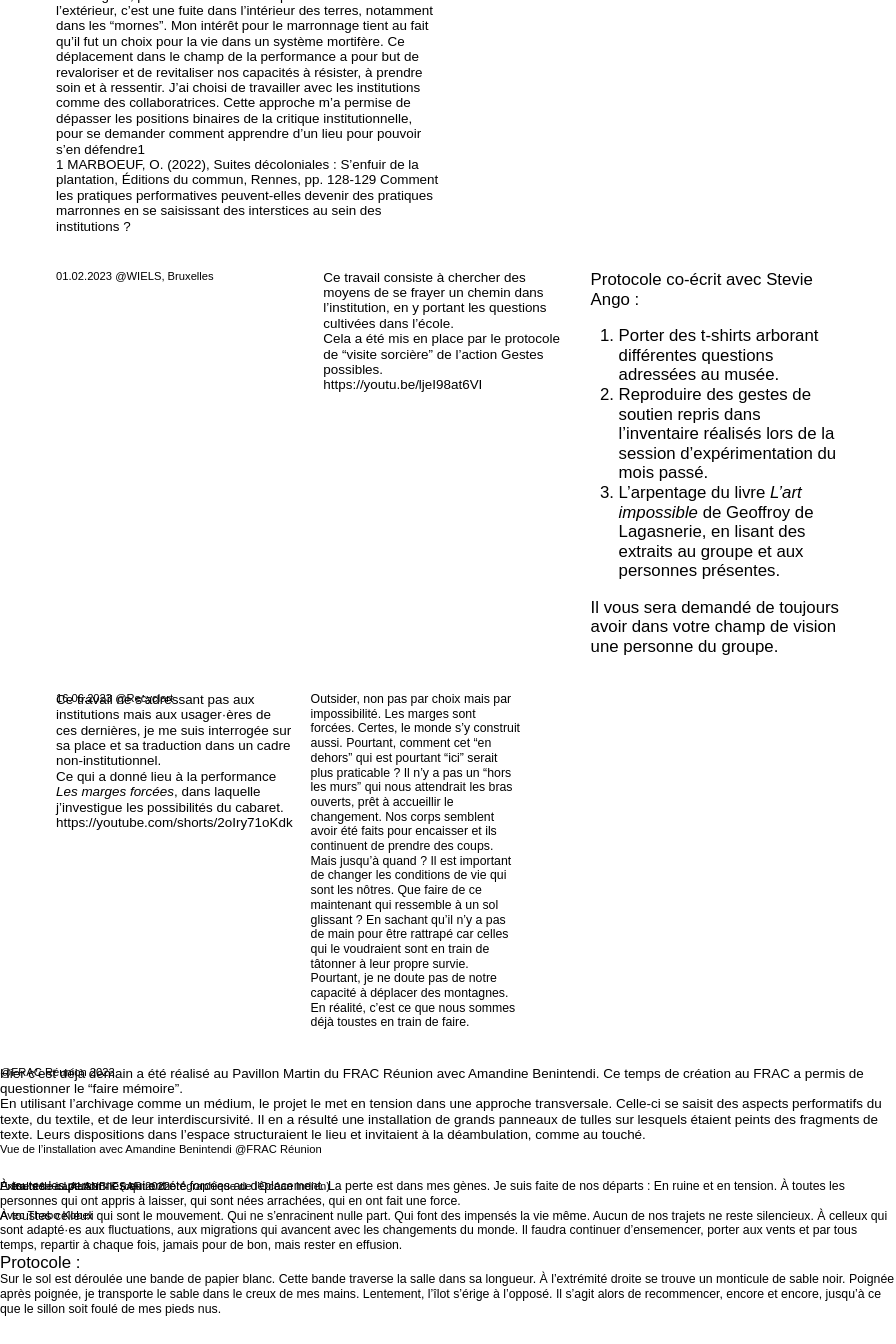
Repository: brunrhb/oce-p
Page: index.html
The author's editor kept a copy of each file at every save. The page is drawn from the files as they stood at one save, then again after the next save.
The browser window is 1280 px wide. The pictures show the part of the page from y = 2796 to 4716 px (the page is 4879 px tall before and 4813 px after), at 70% of full size.

Above is the page before, as saved 2025-06-14 18:35:14.

### index.html
<!DOCTYPE html>
<html lang="fr">
<head>
  <meta charset="UTF-8">
  <meta name="viewport" content="width=device-width, initial-scale=1.0">
  <title>Grid 3 colonnes avec placeholders</title>
  <link rel="stylesheet" href="styles.css">
  <script defer src="content.js"></script>
</head>
<body>

<div class="allproject">

<section PROJET 1 LIASONS VEGETALES>

  <div class="p1">
    <div class="grid-p1s1" id="partie1">

<div class="col-p1s1-1">
  <div class="media-block-p1s1">
    <div class="placeholder-p1s1"></div>
    <p class="credit" data-content="p1s1-credit1"></p>
  </div>

  <div class="media-block-p1s1">
    <div class="placeholder-p1s1"></div>
    <p class="credit" data-content="p1s1-credit2"></p>
  </div>
</div>

    <div class="col-p1s1-2">
      <div class="media-block-p1s1">
        <div class="placeholder-p1s1"></div>
        <p class="credit" data-content="p1s1-credit3"></p>
      </div>
      <div class="media-block-p1s1">
        <div class="placeholder-p1s1"></div>
        <p class="credit" data-content="p1s1-credit4"></p>
      </div>
    </div>

    <div class="col-p1s1-3">
      <div class="media-block-p1s1">
        <div class="placeholder-p1s1"></div>
        <p class="credit" data-content="p1s1-credit5"></p>
      </div>
     <div class="text-block-p1s1">
       <p class="protocole-titre" data-content="p1s1-protocole-titre"></p>
       <p class="protocole-corps" data-content="p1s1-protocole-corps"></p>
    </div>

  </div>

    </div>
    <div class="grid-p1s2" id="partie2">

  <div class="col-p1s2-1">
    <div class="media-block-p1s2-1">
    <div class="placeholder-p1s1"></div>
      <div class="media-block-p1s2-2">
      <div class="placeholder-p1s1"></div>
      <p class="credit" data-content="p1s2-credit"></p>
    </div>
    </div>
  </div>

  <div class="col-p1s2-2">
      <div class="text-block-p1s2">
        <p class="extrait" data-content="p1s2-extrait1"></p>
      </div>
  </div>

  <div class="col-p1s2-3">
      <div class="text-block-p1s2">
        <p class="extrait" data-content="p1s2-extrait2"></p>
      </div>

  </div>



    </div>
  </div>

</section>

<section PROJET 2 PAENSER>

  <div class="p2">
    <div class="grid-p2">

       <div class="col-p2-1">
        <div class="media-block-p2">
          <div class="placeholder-p2"></div>
          <div class="credit-p2" data-content="p2-credit"></div>
        </div>
        <div class="text-block-p2">
          <div class="protocole-titre-p2" data-content="p2-protocole-titre"> </div>
          <div class="protocole-corps-p2" data-content="p2-protocole-corps"> </div>
          <div class="lien-p2">
            <a href="https://vimeo.com/851968568?share=copy">Lien vidéo</a>
          </div>
        </div>
       </div>

       <div class="col-p2-2">
          <div class="extrait" data-content="p2-extrait"></div>
       </div>



    </div>
  </div>

</section>

<section RPOJET 3 DES NORMES AUX MORNES : MARRONNER EN SOI>

  <div class="p3">
    <div class="grid-p3">
      <div class="col-p3-1">
        <div class="text-block-p3-1">
          <div class="intro" data-content="p3-intro"></div>
          <div class="autre-corps" data-content="p3-autre-corps-1"> </div>
          <div class="biblio" data-content="p3-biblio"> </div>
        </div>
      </div>

      <div class="col-p3-2">
        <div class="text-block-p3-2">
          <div class="autre-corps" data-content="p3-autre-corps-1"> </div>
          <div class="media-block-p3">
            <div class="placeholder-p3"></div>
            <div class="placeholder-p3"></div>
          </div>

        </div>
      </div>

    </div>
  </div>
</section>

<section PROJET 4 GESTES POSSIBLEs>

<div class="p4">

<div class="grid-p4">

  <div class="col-p4-1">
    <div class="media-block-p4-1">
      <div class="credit" data-content="p4-credit"></div>
      <div class="placeholder-p4-1"></div>
    </div>
  </div>


  <div class="col-p4-2">
    <div class="placeholder-p4-2"></div>
    <div class="text-block-p4-1">
      <div class="intro" data-content="p4-intro"></div>
      <div class="autre-corps" data-content="p4-autre-corps-1"></div>
      <div class="lien" data-content="p4-lien"></div>
    </div>

  </div>


  <div class="col-p4-3">
    <div class="text-block-p4-2">
      <div class="protocole-titre" data-content="p4-protocole-titre"></div>
    </div>
  </div>

</div>
</div>

</section>

</section>

<section PROJET 5 LES MARGES FORCÉES>

  <div class="p5">
    <div class="grid-p5">

      <div class="col-p5-1">
        <div class="media-block-p5">
          <div class="placeholder-p5"></div>
          <div class="credit" data-content="p5-credit"></div>
        </div>
        <div class="text-block-p5-1">
        <div class="intro" data-content="p5-intro"></div>
        <div class="autre-corps" data-content="p5-autre-corps-1"></div>
        <div class="lien" data-content="p5-lien"></div>
        </div>
      </div>

      <div class="col-p5-2">
        <div class="extrait" data-content="p5-extrait"></div>
      </div>

    </div>
  </div>

</section>

<section PROJET 6 HIER C'EST DÉJÀ DEMAIN>

<div class="p6">
<div class="grid-p6">

  <div class="col-p6-1">
    <div class="media-block-p6-1">
      <div class="placeholder-p6-1"></div>
      <div class="credit" data-content="p6-credit-1"></div>
    </div>

    <div class="col-p6-2">
      <div class="autre-corps" data-content="p6-autre-corps-1"></div>
      <div class="text-block-p6-1">
        <div class="autre-corps" data-content="p6-autre-corps-2"></div>
        <div class="media-block-p6-2">
          <div class="placeholder-p6-2"></div>
          <div class="credit" data-content="p6-credit-2"></div>
        </div>
      </div>

    </div>

  </div>

</div>

</div>

</section>

<section PROJET 7 NOUS SOMMES LE PAYSAGE >

<div class="p7">

  <div class="grid-p7s1" id="partie1">

    <div class="col-p7s1">
      <div class="media-block-p7s1">
        <div class="placeholder-p7s1"></div>
        <div class="placeholder-p7s1"></div>
        <div class="placeholder-p7s1"></div>
        <div class="credit" data-content="p7s1-credit"></div>
      </div>

          <div class="col-p7s1">
        <div class="placeholder-p7s1"></div>
        <div class="placeholder-p7s1"></div>
        <div class="placeholder-p7s1"></div>
    </div>

              <div class="col-p7s1">
        <div class="placeholder-p7s1"></div>
        <div class="placeholder-p7s1"></div>
        <div class="placeholder-p7s1"></div>
    </div>

    <div class="grid-p7s2" id="partie2">

      <div class="row-p7s2-1">
        <div class="placeholder-p7s2"></div>
        <div class="placeholder-p7s2"></div>
        <div class="placeholder-p7s2"></div>
        <div class="media-block-p7s2">
          <div class="placeholder-p7s2"></div>
          <div class="credit" data-content="p7s2-credit-1"></div>
        </div>

      <div class="row-p7s2-2">
        <div class="text-block-p7s2-1">
          <div class="extrait" data-content="p7s2-extrait1"></div>
          <div class="credit" data-content="p7s2-credit-2"></div>
        </div>
        <div class="text-block-p7s2-2">
          <div class="extrait" data-content="p7s2-extrait2"></div>
        </div>
        <div class="text-block-p7s2-3">
          <div class="trait"></div>
          <div class="protocole-titre" data-content="p7s2-protocole-titre"></div>
          <div class="protocole-corps" data-content="p7s2-protocole-corps"></div>
        </div>
      </div>


      </div>
    </div>

  </div>

</div>

</section>

<section PROJET 8 NYAZE>

<div class="p8">

<div class="grid-p8">

  <div class="col-p8-1">
    <div class="text-block-p8">
      <div class="extrait" data-content="p8-extrait"></div>
      <div class="trait"></div>
      <div class="protocole-titre" data-content="p8-protocole-titre"></div>
      <div class="protocole-corps" data-content="p8-protocole-corps"></div>
    </div>
  </div>

  <div class="col-p8-2">
    <div class="media-block-p8">
      <div class="placeholder-p8"></div>
      <div class="credit" data-content="p8-credit"></div>
    </div>
  </div>

</div>

</div>

</section>

 </div>

</body>
</html>

### content.js
const content = {};

// #region PROJET1

// #region p1s1
content["p1s1-credit1"] = "2024 ©La Nature Festival Liège";
content["p1s1-credit2"] = "2024 ©La Nature Festival Liège";
content["p1s1-credit3"] = "2022 ©ESA Réunion";
content["p1s1-credit4"] = "2022 ©ESA Réunion";
content["p1s1-credit5"] = "2022 workshop @Salazie";

content["p1s1-protocole-titre"] = "Protocole :";
content["p1s1-protocole-corps"] = `
  En pleine nature, dans un jardin,<br>
  ou n’importe où avec de la nature mobile.<br>
  Face aux regardeur.euses,<br>
  établir une connexion visuelle<br>
  avec chaque personne.<br>
  Tourner le dos, s’agenouiller et crier...<br>
  Crier tout ce que je peux,<br>
  tout ce qui est coincé, tout ce qui doit sortir.<br>
  Aller à la rencontre du végétal, l’enlacer,<br>
  prendre ma place contre la sienne<br>
  et lui raconter mes mots tendres.
`;
// #endregion

// #region p1s2
content["p1s2-credit"] = "2022 @ESA Réunion";

content["p1s2-extrait1"] = `
  "Nos corps sont des révolutions<br>
Nos corps sont des révolutions,<br>
Ma sœur<br><br>

T’effleurer<br>
me rappelle les guerres qui nous traversent<br>
et les narrations qui nous diluent.<br>
Encore et encore, il faudra crier<br>
du silence dans lequel on voudrait nous maintenir.<br><br>

Être contre toi me rappelle que les écosystèmes<br>
ne sont pas seulement des lieux que nous habitons<br>
mais des milieux que nous abritons.<br>
Je me souviens de nos différentes alliances<br>
et je pressens celles que nous devons retisser.<br><br>

Car ce sont ces alliances<br>
qui nous ont permise de survivre,<br>
d’être là, dignes et en vie :<br>
la connaissance de notre puissance<br>
et de notre capacité à résister par<br>
les réseaux discrets mais pérennes<br>
que nous avons su fabriquer.<br><br>

Nos corps sont des révolutions<br>
Nos corps sont des révolutions,<br>
Ma sœur<br><br>

Chaque jour, les structures rigides de mon quotidien<br>
me rappellent ce système absurde dans lequel je vis.
 `;
content["p1s2-extrait2"] = `
Tout comme, chaque jour,<br>
mon existence et celle du vivant<br>
rappellent à ce système<br>
qu’il peut toujours en être autrement.<br>
Chaque jour,<br>
nous lui rappelons que peu importe la haine<br>
et l’acharnement qu’il déploie,<br>
il en va déjà autrement.<br><br>

Chaque jour, parce que je suis là<br>
et que tu es là, en vie,<br>
nous lui rappelons qu’à l’intérieur du “nous”,<br>
des multitudes de mondes possibles<br>
sont déjà en train d’exister.<br><br>

Chaque jour, mon existence<br>
et celle du vivant rappellent à ce système<br>
que son monde est un paradigme fictionnel.<br>
Chaque jour, nous lui faisons sentir à notre tour<br>
que le propre d’un paradigme c’est de changer :<br>
d’être remplacé, déplacé ou ré-inventé.<br><br>

Chaque jour, le “nous” que nous faisons apparaître,<br>
conteste cet ordre du monde.<br><br>

Te nommant sœur,<br>
Je questionne mon statut d’aimante<br>
En rêvant d’une sororité étendue<br><br>

Pour devenir la moitié, ta compagne<br><br>

Serrer & semer Ensemencer nos devenirs<br><br>

Je sais qu’il faudra du temps, [...]";
 `;
// #endregion

// #endregion



// #region PROJET2
content["p2-credit"] = "25.04.2024 @La Balsamine";
content["p2-protocole-titre"] = "Protocole :";
content["p2-protocole-corps"] = `Le texte est peint sur du tulle. Il est structuré sur la répétition, revenant à chaque fois sur lui-même. À l’intérieur de cette spirale, se glisse par instant une ouverture, une respiration. Le texte tourne sur lui-même jusqu’à ce que je le déchire. J’utilise ensuite ces morceaux de tissus pour réaliser un pansement avec de l’argile que je viens appliquer sur ma poitrine.`;
content["p2-lien"] = "https://vimeo.com/951968568?share=copy";
content["p2-extrait"] = `Extrait du texte : <br> <br> Tu la sens cette palpitation dans tes profondeurs ? la peur. J’ai peur que mes mots se mettent à sonner creux à force d’être répétés. Qu’ils deviennent un lent refrain, lassant, et lancinant. Je sais bien qu’ils doivent l’être ; dits et redits, encore et encore.<br><br>J’ai peur de me mettre à sonner creux, de ne plus trouver de résonances, ni au dehors, ni dans mon corps à force de dire l’injustice et d’expliquer la colère.<br><br>Car à chaque fois, je sens le dedans de ma peau s’éroder. Je sens les marées qu’elles provoquent se fracasser contre mes propres falaises. Elles s’effritent à chaque fois un peu plus, et les abris avec elles.<br><br>À chaque fois que je dis : Ma colère est politique parce qu’elle est personnelle au pluriel. À chaque fois que je dis : Ma colère a le goût du fer et l’odeur du sang de celles et ceux à qui l’on continue de refuser l’accès à l’humanité. À chaque fois que je dis : Ma colère s’enracine dans les océans qui sont aussi des cimetières.<br><br>À chaque fois, je sens le dedans de ma peau s’éroder. Je sens les marées qu’elles provoquent se fracasser contre mes propres falaises. Elles s’effritent à chaque fois un peu plus, et les abris avec elles.<br><br>Aujourd’hui, je veux te dire que ma colère est une lame dont les deux extrémités sont aiguisées. L’utiliser me blesse aussi. L’utiliser réveille la peur. La peur de me mettre à sonner creux à force de dire l’injustice et d’expliquer la colère.<br><br>Car à chaque fois, c’est un temps pour respirer que je m’enlève. À chaque fois, c’est une énième suffocation, et rares sont les moments où j’arrive à respirer, où les conditions du dehors me laissent le faire.<br><br>Un monde plus respirable, c’est ce que je veux. Mais pour ça, il faut dire l’injustice et expliquer la colère. Mais, à chaque fois que je répète : [...]`;
// #endregion

// #region PROJET3
content["p3-intro"] = `
Comment les pratiques performatives peuvent-elles devenir des pratiques marronnes en se saisissant des interstices au sein des institutions ?
`;
content["p3-autre-corps-1"] =`
Pendant mes deux années de master, j’ai réfléchi à ma place dans les institutions liées à l’art, plus particulièrement à l’endroit de leurs normes. Je me suis demandé quelle est la place du soutien à l’intérieur d’elle et quels subterfuges imaginer pour le pratiquer. C’est ce qui m’a amené à m’intéresser au marronnage comme phénomène social et comme pratique d’empowerment. Historiquement, le marronnage apparaît à l’époque coloniale en devenant une manière de s’opposer et de résister au régime esclavagiste, par la fuite. À défaut de pouvoir fuir vers l’extérieur, c’est une fuite dans l’intérieur des terres, notamment dans les “mornes”. Mon intérêt pour le marronnage tient au fait qu’il fut un choix pour la vie dans un système mortifère. Ce déplacement dans le champ de la performance a pour but de revaloriser et de revitaliser nos capacités à résister, à prendre soin et à ressentir. J’ai choisi de travailler avec les institutions comme des collaboratrices. Cette approche m’a permise de dépasser les positions binaires de la critique institutionnelle, pour se demander comment apprendre d’un lieu pour pouvoir s’en défendre1
`;

content["p3-biblio"] =`
1 MARBOEUF, O. (2022), Suites décoloniales : S’enfuir de la plantation, Éditions du commun, Rennes, pp. 128-129
Comment les pratiques performatives peuvent-elles devenir des pratiques marronnes en se saisissant des interstices au sein des institutions ?
`;

// #endregion

// #region PROJET4
content["p4-credit"] = "01.02.2023 @WIELS, Bruxelles";
content["p4-intro"] = `Ce travail consiste à chercher des moyens de se frayer un chemin dans l’institution, en y portant les questions cultivées dans l’école.`;
content["p4-autre-corps-1"] = `Cela a été mis en place par le protocole de “visite sorcière” de l’action Gestes possibles.`;
content["p4-lien"] = `https://youtu.be/ljeI98at6VI`;
content["p4-protocole-titre"] = `Protocole co-écrit avec Stevie Ango :
<ol>
<li>Porter des t-shirts arborant différentes questions adressées au musée.</li>
<li>Reproduire des gestes de soutien repris dans l’inventaire réalisés lors de la session d’expérimentation du mois passé.</li>
<li>L’arpentage du livre <i>L’art impossible</i> de Geoffroy de Lagasnerie, en lisant des extraits au groupe et aux personnes présentes.</li>
</ol>
Il vous sera demandé de toujours avoir dans votre champ de vision une personne du groupe.`;
// #endregion

// #region PROJET5
content["p5-credit"] = "16.06.2023 @Recyclart";
content["p5-intro"] = `Ce travail ne s’adressant pas aux institutions mais aux usager·ères de ces dernières, je me suis interrogée sur sa place et sa traduction dans un cadre non-institutionnel.`;
content["p5-autre-corps-1"] = `Ce qui a donné lieu à la performance <i>Les marges forcées</i>, dans laquelle j’investigue les possibilités du cabaret.`;
content["p5-lien"] = `https://youtube.com/shorts/2oIry71oKdk`;
content["p5-extrait"] = `Outsider, non pas par choix mais par impossibilité. Les marges sont forcées. Certes, le monde s’y construit aussi. Pourtant, comment cet “en dehors” qui est pourtant “ici” serait plus praticable ? Il n’y a pas un “hors les murs” qui nous attendrait les bras ouverts, prêt à accueillir le changement. Nos corps semblent avoir été faits pour encaisser et ils continuent de prendre des coups. Mais jusqu’à quand ? Il est important de changer les conditions de vie qui sont les nôtres. Que faire de ce maintenant qui ressemble à un sol glissant ? En sachant qu’il n’y a pas de main pour être rattrapé car celles qui le voudraient sont en train de tâtonner à leur propre survie. Pourtant, je ne doute pas de notre capacité à déplacer des montagnes. En réalité, c’est ce que nous sommes déjà toustes en train de faire.`;
// #endregion

// #region PROJET6
content["p6-credit-1"] = "@FRAC Réunion 2022";
content["p6-autre-corps-1"] = `Hier c’est déjà demain a été réalisé au Pavillon Martin du FRAC Réunion avec Amandine Benintendi. Ce temps de création au FRAC a permis de questionner le “faire mémoire”.`;
content["p6-autre-corps-2"] = `En utilisant l’archivage comme un médium, le projet le met en tension dans une approche transversale. Celle-ci se saisit des aspects performatifs du texte, du textile, et de leur interdiscursivité. Il en a résulté une installation de grands panneaux de tulles sur lesquels étaient peints des fragments de texte. Leurs dispositions dans l’espace structuraient le lieu et invitaient à la déambulation, comme au touché.`;
content["p6-credit-2"] = `Vue de l’installation avec Amandine Benintendi @FRAC Réunion`;
// #endregion

// #region PROJET7
content["p7s1-credit"] = `Extraits de captation - ESAR 2022`;
content["p7s2-credit-1"] = `Présentée à LALANBIK (centre chorégraphique de l’Océan Indien)`;
content["p7s2-credit-2"] = `Avec Thabo Kobeli`;
content["p7s2-extrait1"] = `À toutes les personnes qui ont été forcées au déplacement. La perte est dans mes gènes. Je suis faite de nos départs : En ruine et en tension. À toutes les personnes qui ont appris à laisser, qui sont nées arrachées, qui en ont fait une force.`;
content["p7s2-extrait2"] = `À toustes celleux qui sont le mouvement. Qui ne s’enracinent nulle part. Qui font des impensés la vie même. Aucun de nos trajets ne reste silencieux. À celleux qui sont adapté·es aux fluctuations, aux migrations qui avancent avec les changements du monde. Il faudra continuer d’ensemencer, porter aux vents et par tous temps, repartir à chaque fois, jamais pour de bon, mais rester en effusion.`;
content["p7s2-protocole-titre"] = `Protocole :`;
content["p7s2-protocole-corps"] = `Sur le sol est déroulée une bande de papier blanc. Cette bande traverse la salle dans sa longueur. À l’extrémité droite se trouve un monticule de sable noir. Poignée après poignée, je transporte le sable dans le creux de mes mains. Lentement, l’îlot s’érige à l’opposé. Il s’agit alors de recommencer, encore et encore, jusqu’à ce que le sillon soit foulé de mes pieds nus.`;
// #endregion

// #region PROJET8
content["p8-extrait"] = `Seulement, ma romance sous l’Équateur a lieu au Gol. On aura beau chercher, ça a l’air de tout sauf d’une carte postale, tout y est vrai. Les chiens errants traînent la patte sous la chaleur. En fond, les cris d’enfants. Il y a des gens qui vivent et qui attendent, des chaises en plastique et des objets abandonnés. Le temps s’étire et tire en longueur. La vie s’allonge, les gestes sont lents. Et toujours la même rengaine : le jour puis la nuit, la nuit puis le jour. Pourtant on est toujours surpris. Coincé entre terre et mer, entre aujourd’hui et demain. Un jour quelque chose a changé. Je ne cherchais plus le soleil, j’attendais les nuages.`;
content["p8-protocole-titre"] = `Procédure :`;
content["p8-protocole-corps"] = `Déclamer le texte en triant du riz, face aux spectateur·ices. Réappropriation d’un geste vu de nombreuses fois chez les femmes de ma famille.`;
content["p8-credit"] = `Nyaze & Agency © David Garcia`;
// #endregion



// #region injection
window.addEventListener("DOMContentLoaded", () => {
  Object.entries(content).forEach(([key, value]) => {
    const el = document.querySelector(`[data-content="${key}"]`);
    if (el) el.innerHTML = value;
  });
});
// #endregion

Loaded but not shown: styles.css (476 lines, source omitted)

After the next save:
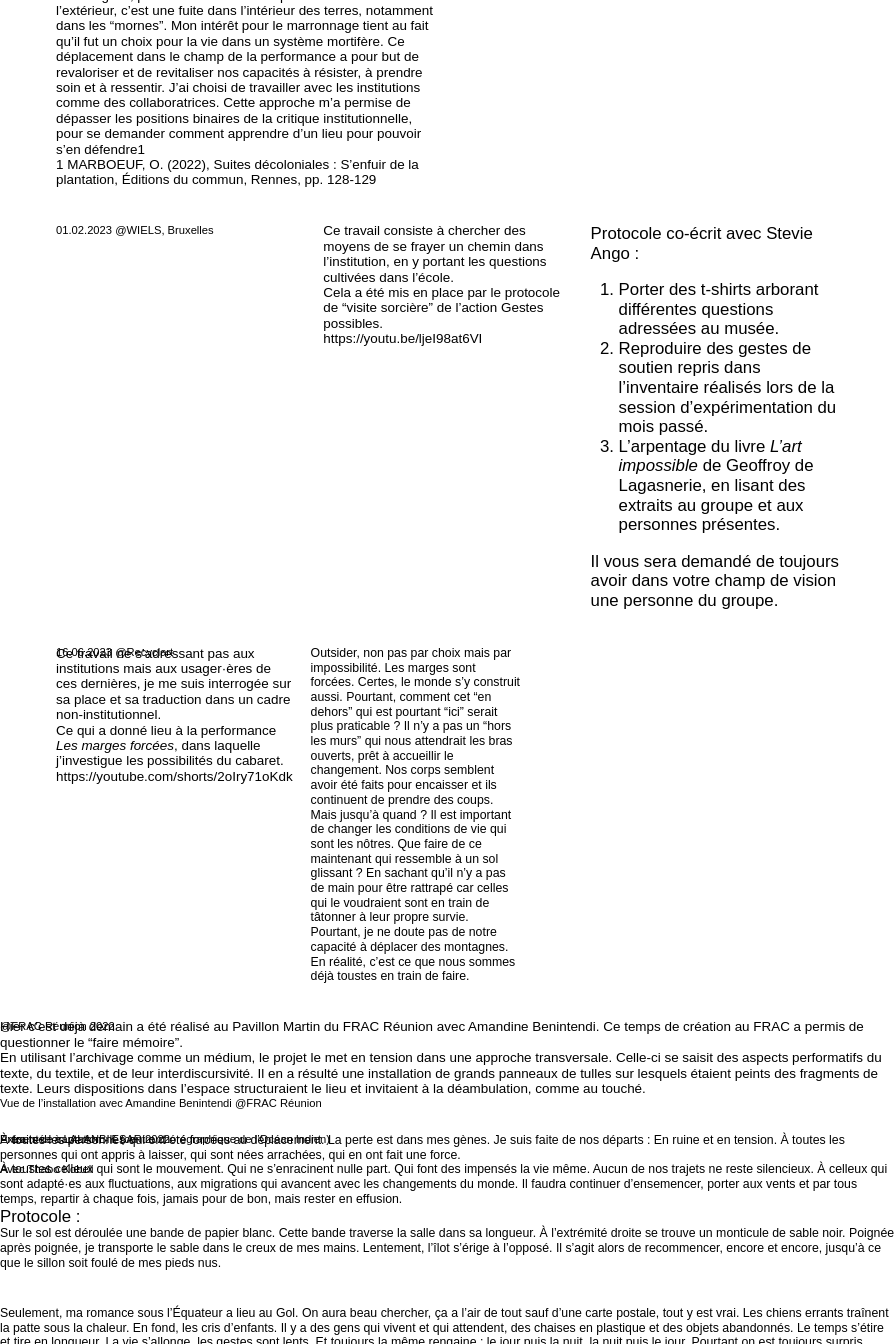
Saved 35 s later.
--- a/content.js
+++ b/content.js
@@ -120,7 +120,6 @@ Pendant mes deux années de master, j’ai réfléchi à ma place dans les insti
 
 content["p3-biblio"] =`
 1 MARBOEUF, O. (2022), Suites décoloniales : S’enfuir de la plantation, Éditions du commun, Rennes, pp. 128-129
-Comment les pratiques performatives peuvent-elles devenir des pratiques marronnes en se saisissant des interstices au sein des institutions ?
 `;
 
 // #endregion
